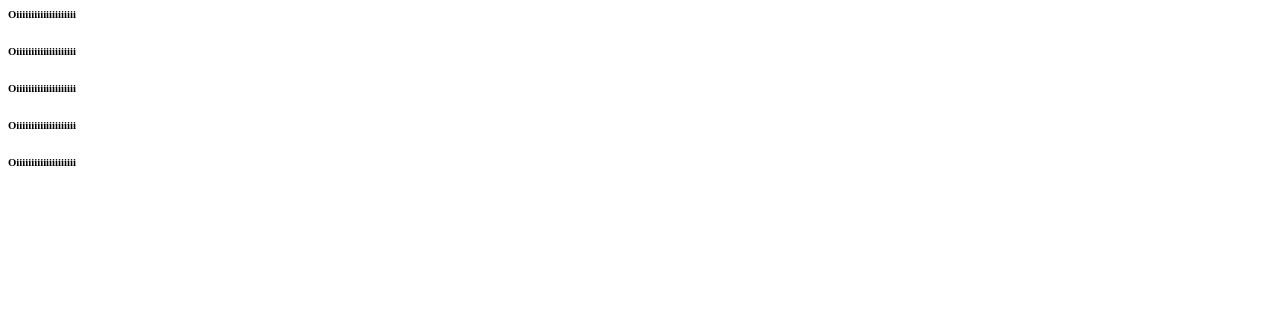
Repository: geracao-11/aula01
Page: index.html
These files come from the project's save history. The page is drawn as it stood at one moment and after the next save; the edit follows.
The browser window is 1280 px wide. The pictures show the whole page.

Above is the page before, as saved 2025-04-02 08:49:14.

### index.html
<h6>Oiiiiiiiiiiiiiiiiiiii</h6>
<h6>Oiiiiiiiiiiiiiiiiiiii</h6>
<h6>Oiiiiiiiiiiiiiiiiiiii</h6>
<h6>Oiiiiiiiiiiiiiiiiiiii</h6>
<h6>Oiiiiiiiiiiiiiiiiiiii</h6>

After the next save:
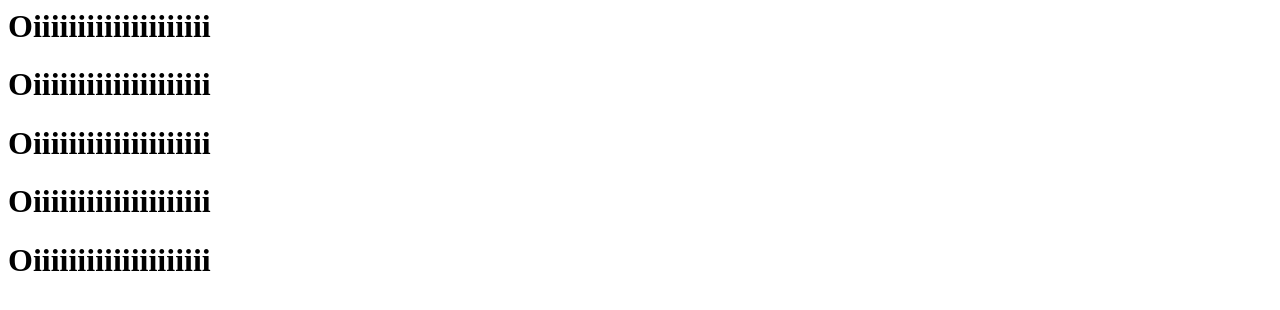
Saved 62 s later.
--- a/index.html
+++ b/index.html
@@ -1,5 +1,5 @@
-<h6>Oiiiiiiiiiiiiiiiiiiii</h6>
-<h6>Oiiiiiiiiiiiiiiiiiiii</h6>
-<h6>Oiiiiiiiiiiiiiiiiiiii</h6>
-<h6>Oiiiiiiiiiiiiiiiiiiii</h6>
-<h6>Oiiiiiiiiiiiiiiiiiiii</h6>
+<h1>Oiiiiiiiiiiiiiiiiiiii</h1>
+<h1>Oiiiiiiiiiiiiiiiiiiii</h1>
+<h1>Oiiiiiiiiiiiiiiiiiiii</h1>
+<h1>Oiiiiiiiiiiiiiiiiiiii</h1>
+<h1>Oiiiiiiiiiiiiiiiiiiii</h1>
